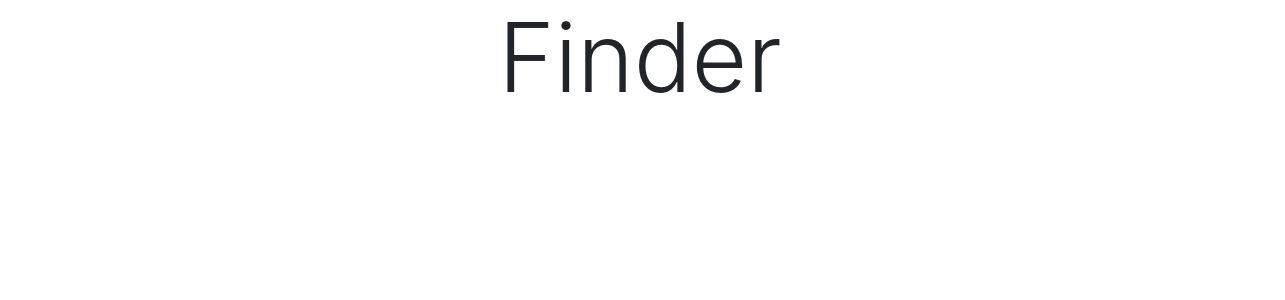
Repository: imadoor/yone
Page: / (app in front-end/)
The author's editor kept a copy of each file at every save. The page is drawn from the files as they stood at one save, then again after the next save.
The browser window is 1280 px wide. The page is 1280 px wide, then 1285 px, so the pictures cover 1285 px, including what lies to the right of the window. The pictures show the whole page.
Some web libraries are served in a nearby version. The project was rebuilt for these pictures with package versions that can differ from the ones it lists, and the page was loaded fresh each time. A package was used in the major version that the imports need, not the one package.json lists. Also part of the build but not shown: front-end/src/routes/UpdateDetails.js, front-end/src/routes/Details.js.

Above is the page before, as saved 2020-09-12 20:27:12.

After the next save:
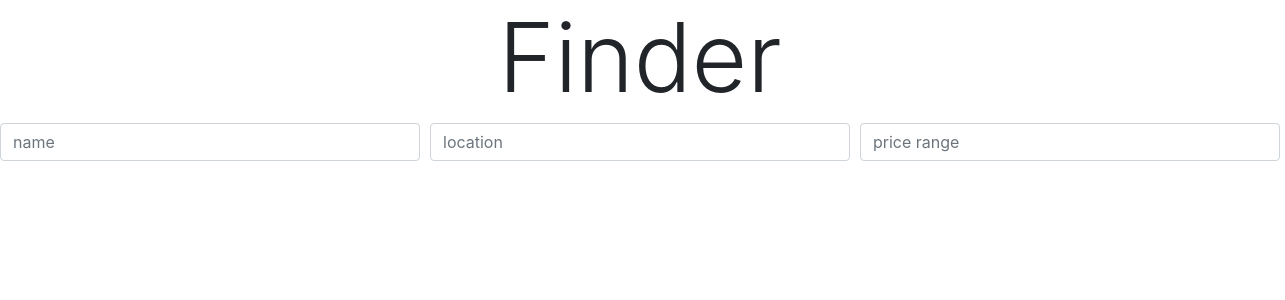
Saved 5 min 17 s later.
--- a/front-end/src/routes/Home.js
+++ b/front-end/src/routes/Home.js
@@ -1,10 +1,12 @@
-import React from 'react'
-import Header from '../components/Header'
+import React from 'react';
+import Header from '../components/Header';
+import AddRestaurant from '../components/AddRestaurant';
 
 const Home = () => {
     return (
         <div>
             <Header/>
+            <AddRestaurant/>
         </div>
     )
 }
